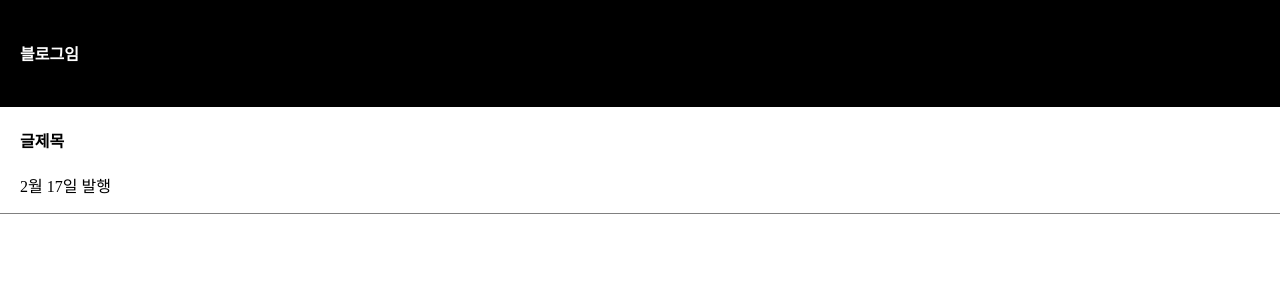
Repository: thinkseaweave/applecoding
Page: /
The author's editor kept a copy of each file at every save. The page is drawn from the files as they stood at one save, then again after the next save.
The browser window is 1280 px wide. The pictures show the whole page.
The project was rebuilt for these pictures with package versions that can differ from the ones it lists, and the page was loaded fresh each time. Also part of the build but not shown: vite.config.js, src/index.css.

Above is the page before, as saved 2025-01-26 08:47:24.

After the next save:
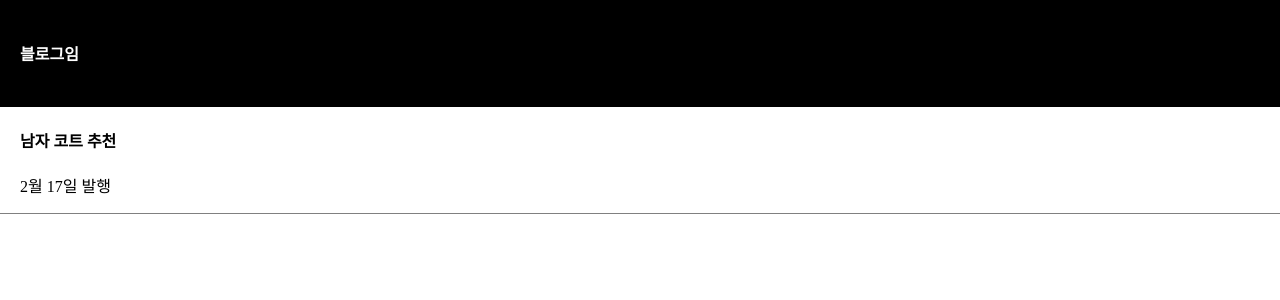
Saved 21 s later.
--- a/src/App.jsx
+++ b/src/App.jsx
@@ -11,7 +11,7 @@ function App() {
         <h4 id={post}>블로그임</h4>
       </div>
       <div className="list">
-        <h4>글제목</h4>
+        <h4>{a}</h4>
         <p> 2월 17일 발행</p>
       </div>
       {/* <h4 style={{ color: "blue", fontSize: "30px" }}>{post}</h4> */}
